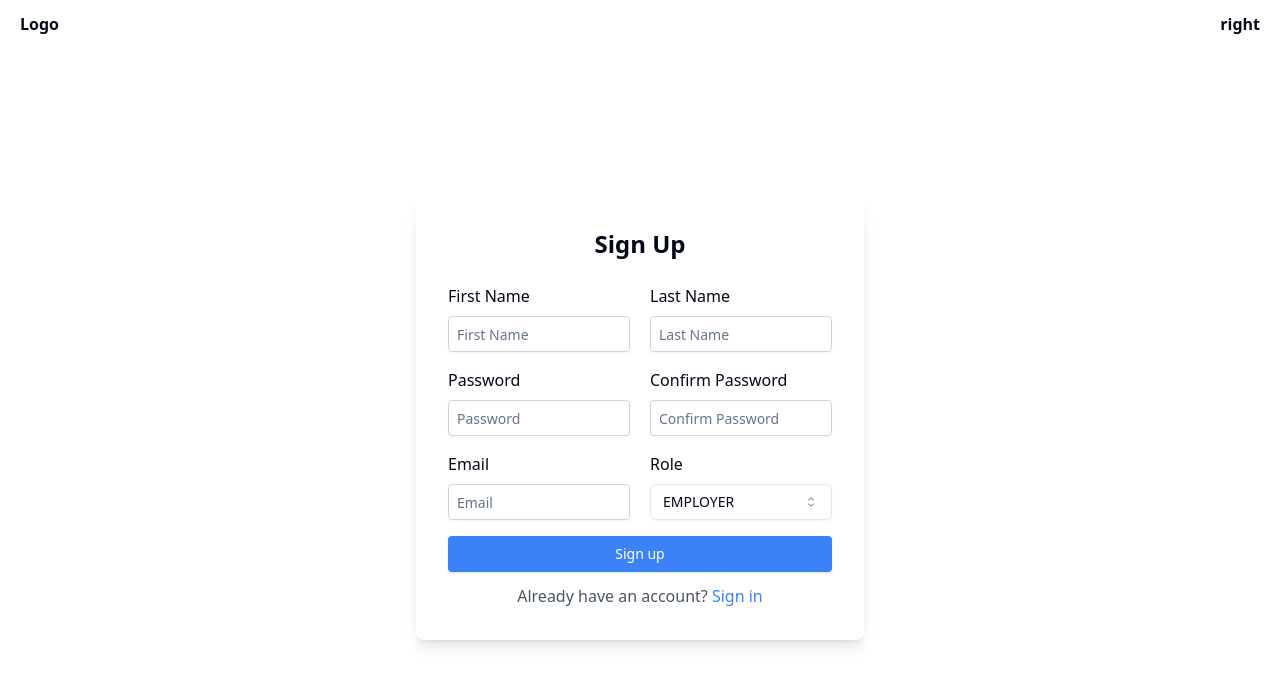
Repository: hisreal123/globalpath_fe
Page: /auth/signup
An editor plug-in stored every save of this project. The page is shown before and after the next save, followed by the edit.
The browser window is 1280 px wide. The pictures show the whole page.
The project was rebuilt for these pictures with package versions that can differ from the ones it lists, and the page was loaded fresh each time. Also part of the build but not shown: vite.config.ts, src/components/pages/HomeComponent.tsx, src/pages/Home.tsx, src/pages/Error.tsx, src/pages/About.tsx, src/pages/Blog.tsx, src/pages/Find_jobs.tsx, src/components/Header.tsx and 2 more.

Above is the page before, as saved 2024-10-11 16:58:24.

After the next save:
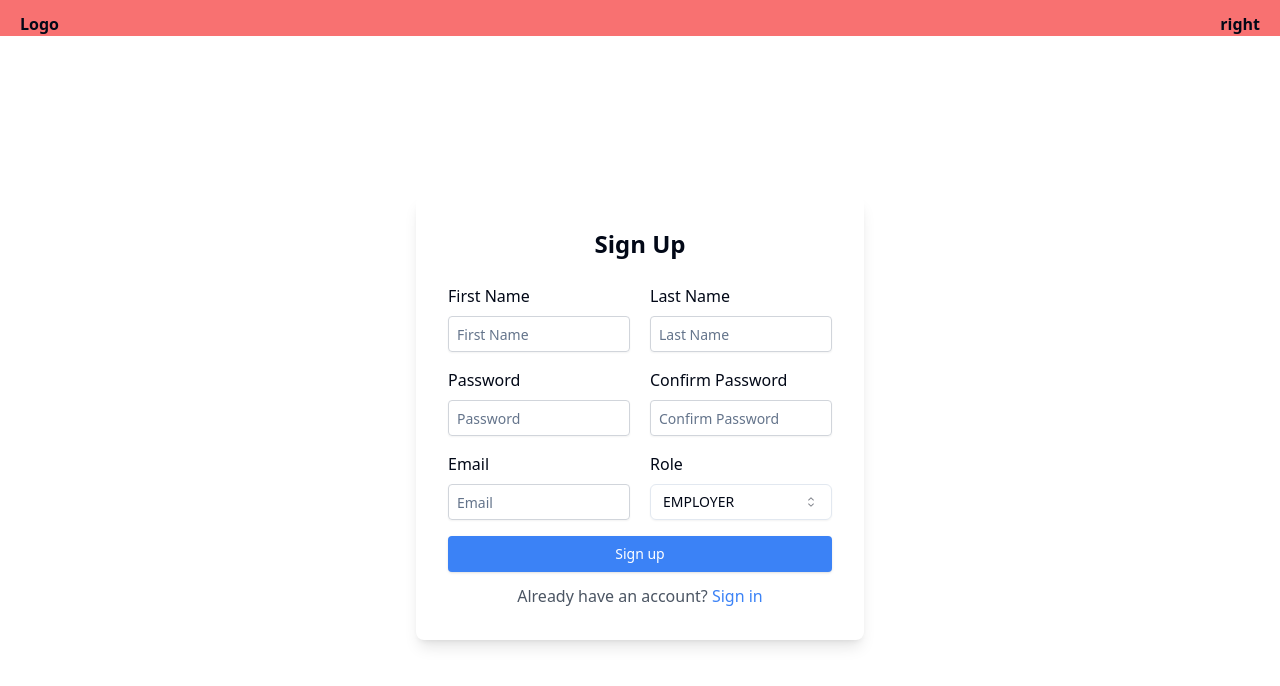
Saved 4 s later.
--- a/src/components/pages/auth/SignupComponent.tsx
+++ b/src/components/pages/auth/SignupComponent.tsx
@@ -60,7 +60,7 @@
 
   return (
     <div>
-      <div className="top_nav px-5 bg-red-4 flex items-center justify-between font-bold pt-3">
+      <div className="top_nav px-5 bg-red-400 flex items-center justify-between font-bold pt-3">
 
         <Link to="/">Logo</Link>
         <h2>right</h2>

After the save that followed:
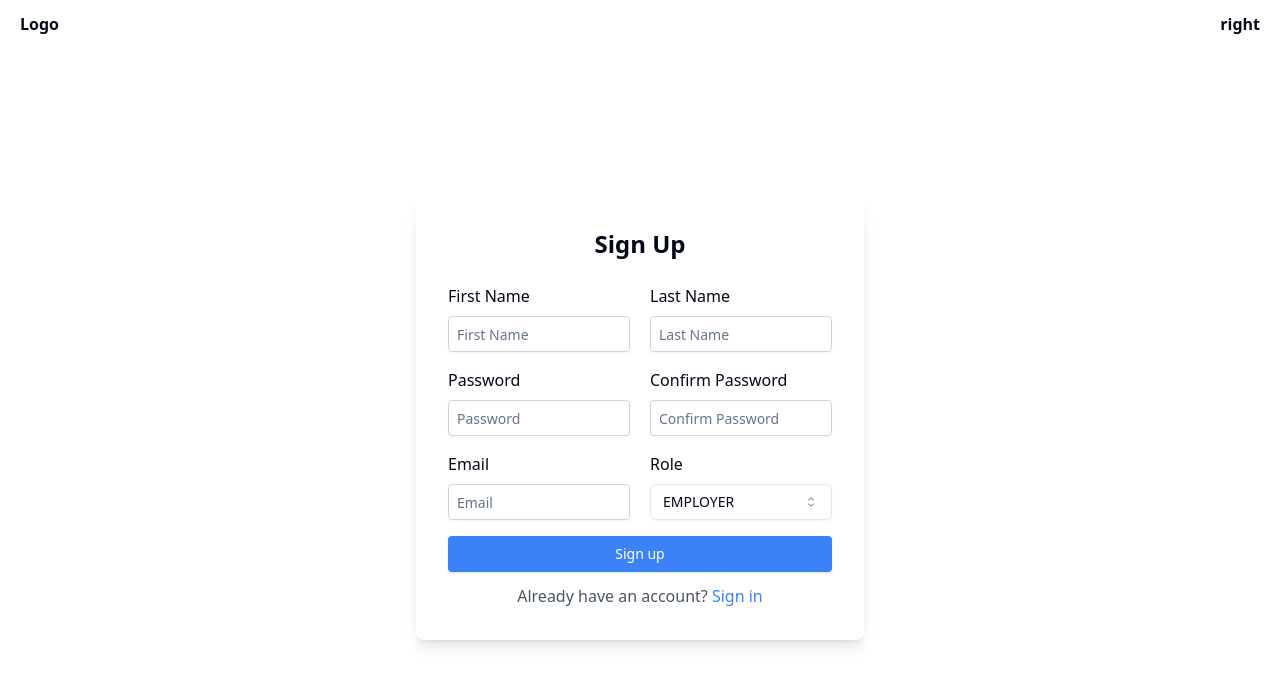
Saved 8 s later.
--- a/src/components/pages/auth/SignupComponent.tsx
+++ b/src/components/pages/auth/SignupComponent.tsx
@@ -60,7 +60,7 @@
 
   return (
     <div>
-      <div className="top_nav px-5 bg-red-400 flex items-center justify-between font-bold pt-3">
+      <div className="top_nav px-5 flex items-center justify-between font-bold pt-3">
 
         <Link to="/">Logo</Link>
         <h2>right</h2>
